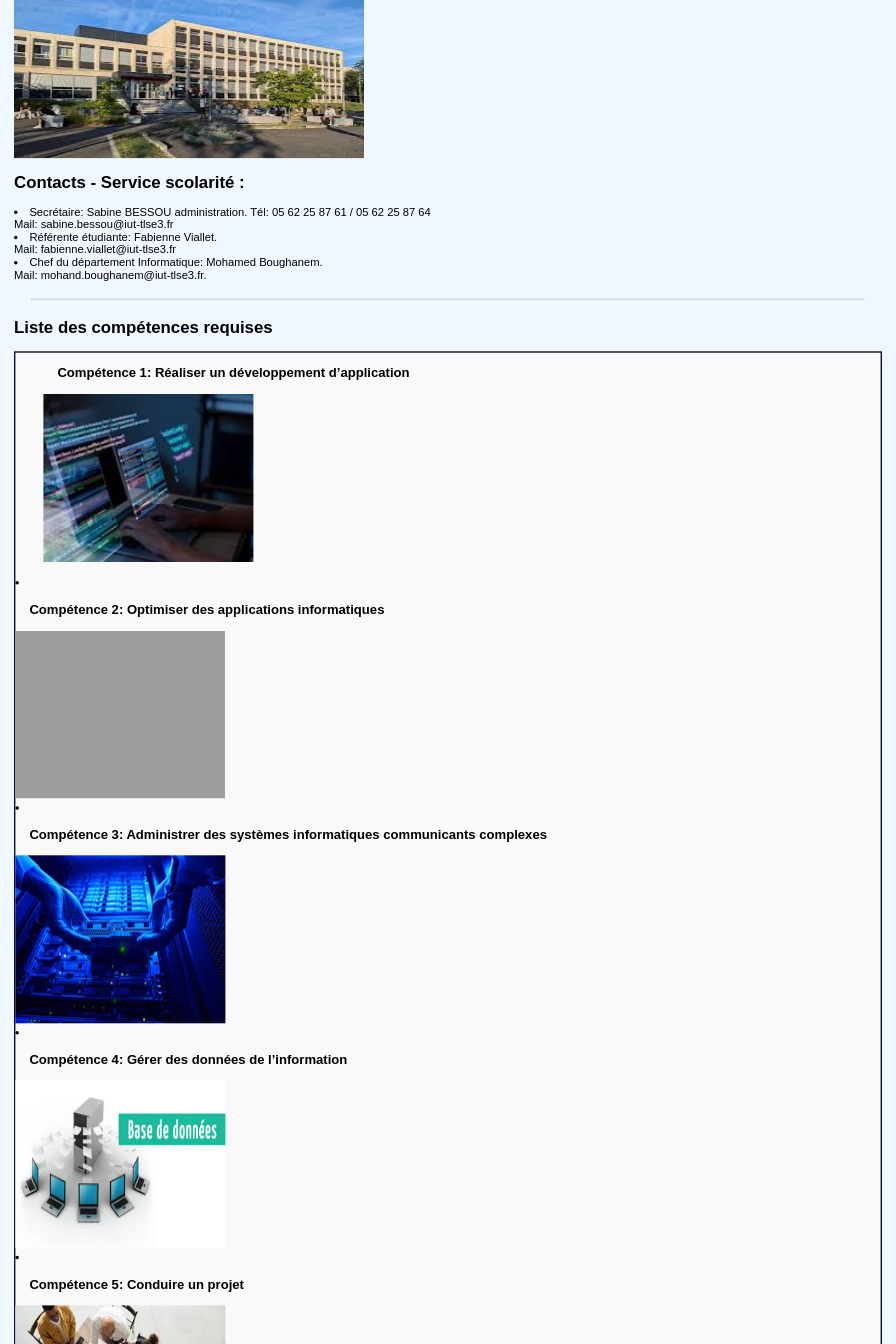
Repository: s0yManar/projet-web-R102
Page: MON.PROJET.HTML&CSS/page.accueil.html
The author's editor kept a copy of each file at every save. The page is drawn from the files as they stood at one save, then again after the next save.
The browser window is 1280 px wide. The pictures show the part of the page from y = 537 to 2457 px (the page is 3308 px tall before and 3312 px after), at 70% of full size.
Pictures or frames that could not be fetched are drawn as grey boxes.

Above is the page before, as saved 2025-11-25 10:09:48.

After the next save:
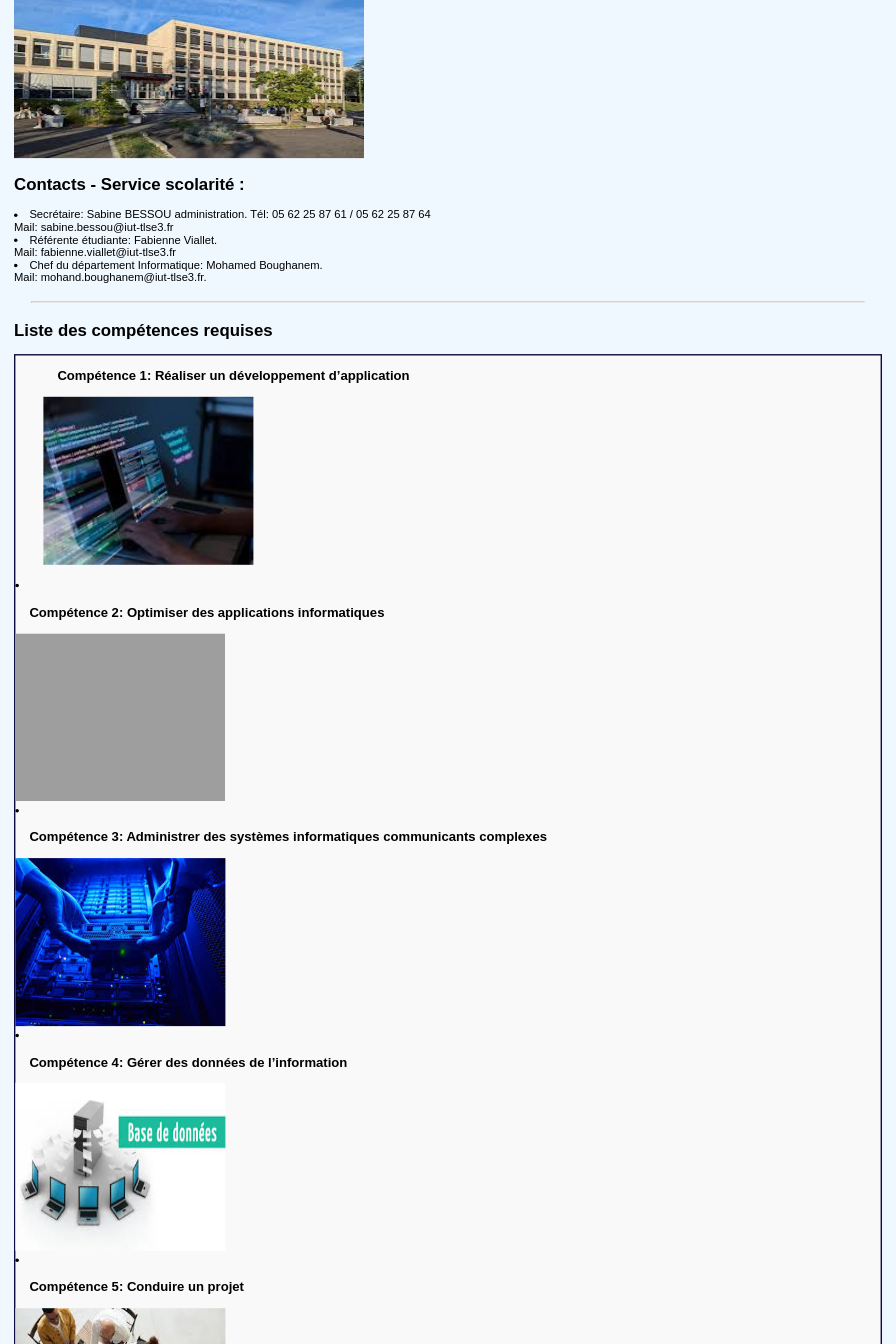
Saved 112 s later.
--- a/MON.PROJET.HTML&CSS/page-accueil.css
+++ b/MON.PROJET.HTML&CSS/page-accueil.css
@@ -49,12 +49,6 @@
 }
 
 
-.conteneur {
-    display: flex;
-    position: relative;
-    text-align: left;
-
-}
 
 .contenu img {
     border: 1px solid #ccc;
